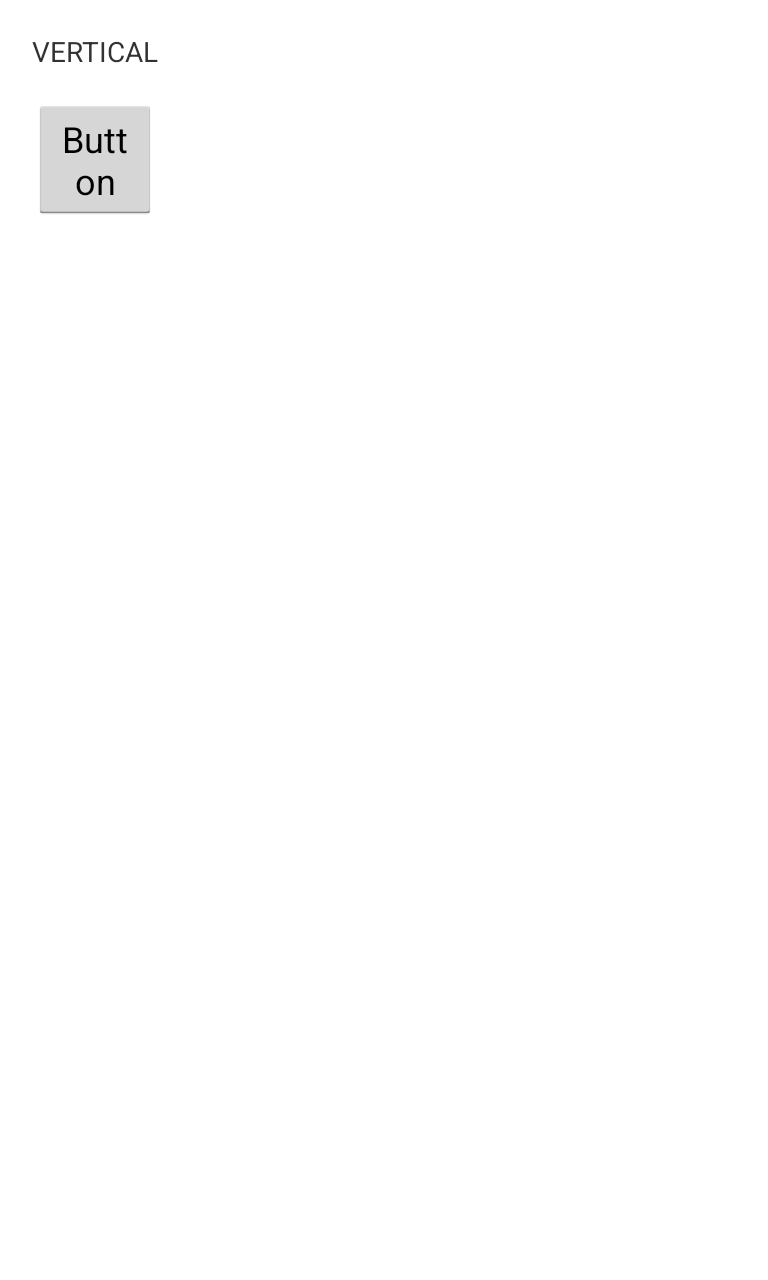
Repository: jlcd0004/sm_p11_practica1
Layout: Practica1/res/layout/activity_main.xml
These files come from the project's save history. The layout is drawn as it stood at one moment and after the next save; the edit follows.
It is drawn on a 768 x 1280 px phone screen (xhdpi) without system bars, with theme AppTheme; the app's code is not run.

Above is the layout before, as saved 2015-09-30 10:14:36.

After the next save:
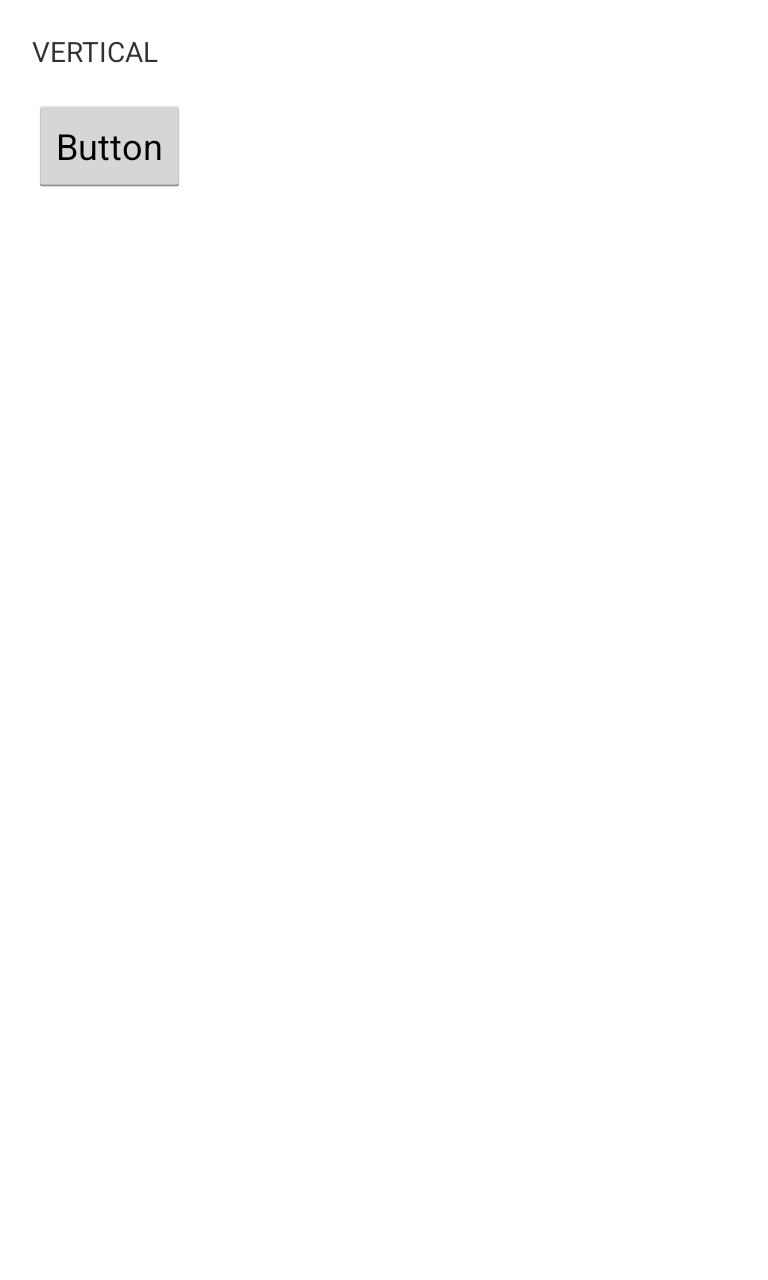
Saved 18 s later.
--- a/Practica1/res/layout/activity_main.xml
+++ b/Practica1/res/layout/activity_main.xml
@@ -18,7 +18,6 @@
         android:id="@+id/button1"
         android:layout_width="wrap_content"
         android:layout_height="wrap_content"
-        android:layout_alignRight="@+id/textView1"
         android:layout_below="@+id/textView1"
         android:layout_marginTop="14dp"
         android:text="Button" />
